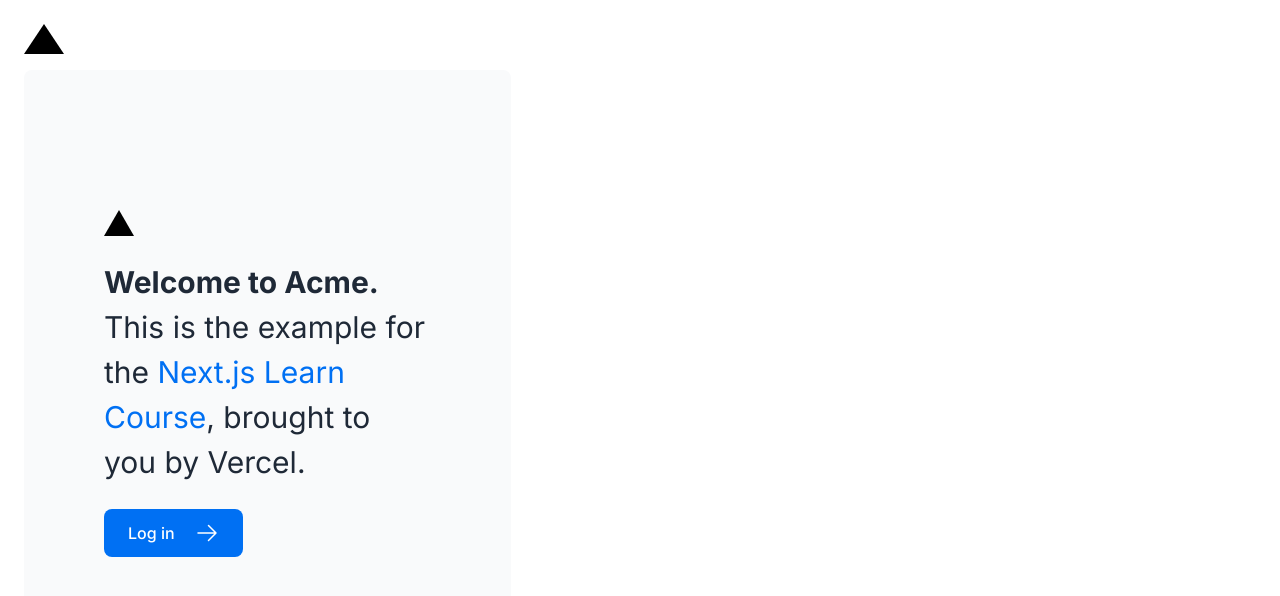
Repository: rlhardrock/NextJS
Page: /
These files come from the project's save history. The page is drawn as it stood at one moment and after the next save; the edit follows.
The browser window is 1280 px wide. The pictures show the whole page.
Some web fonts or font styles are not loaded; a fallback is used. The project was rebuilt for these pictures with package versions that can differ from the ones it lists, and the page was loaded fresh each time. The framework's server and built-in components were replaced by stand-ins that run in the browser. Also part of the build but not shown: next.config.ts.

Above is the page before, as saved 2024-12-15 20:16:45.

After the next save:
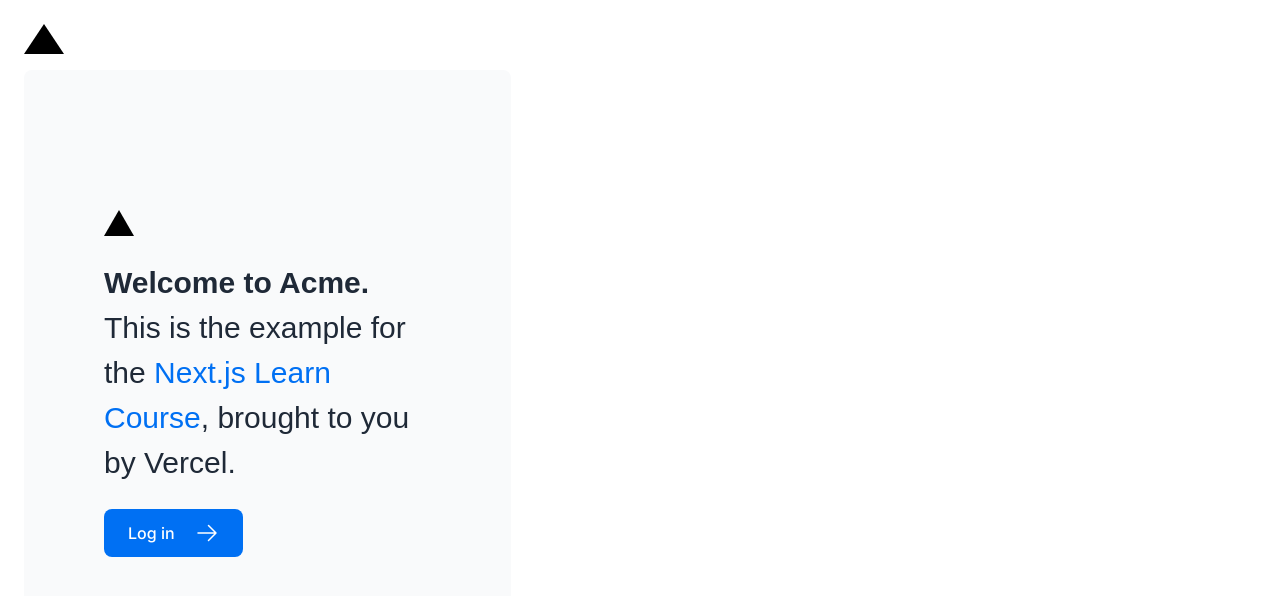
Saved 28 s later.
--- a/app/page.tsx
+++ b/app/page.tsx
@@ -15,7 +15,9 @@
         <div className="flex flex-col justify-center gap-6 rounded-lg bg-gray-50 px-6 py-10 md:w-2/5 md:px-20">
           <div
   className="relative w-0 h-0 border-l-[15px] border-r-[15px] border-b-[26px] border-l-transparent border-r-transparent border-b-black"/>
-          <p className={`text-xl text-gray-800 md:text-3xl md:leading-normal`}>
+          <p
+      className={`${lusitana.className} text-xl text-gray-800 md:text-3xl md:leading-normal`}
+    >
             <strong>Welcome to Acme.</strong> This is the example for the{' '}
             <a href="https://nextjs.org/learn/" className="text-blue-500">
               Next.js Learn Course
